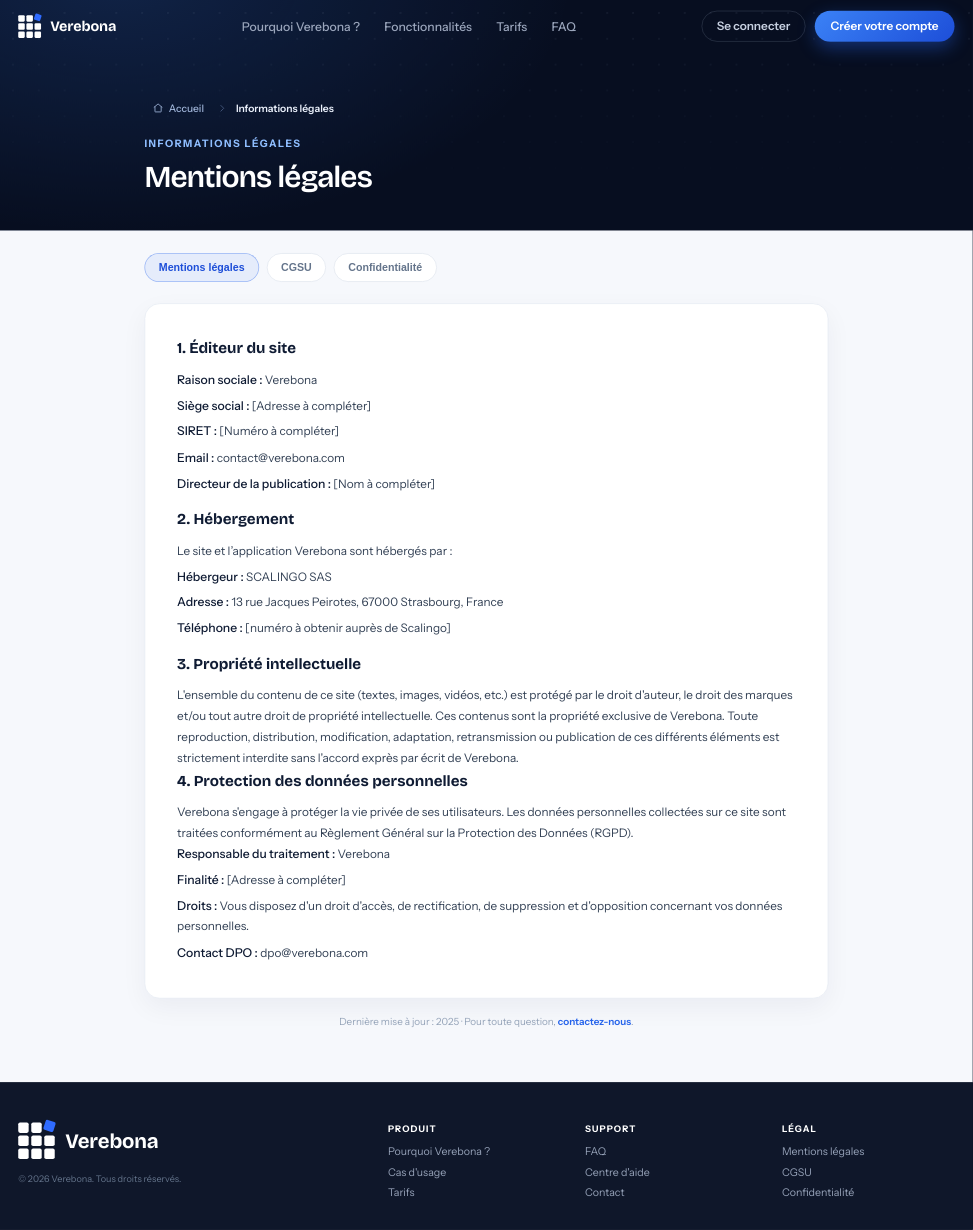
Repository: AdminVerebona/verebona-public
Page: /mentions-legales
An editor plug-in stored every save of this project. The page is shown before and after the next save, followed by the edit.
The browser window is 1280 px wide. The pictures show the whole page, at 76% of full size.
The project was rebuilt for these pictures with package versions that can differ from the ones it lists, and the page was loaded fresh each time. Also part of the build but not shown: next.config.mjs, vite.config.js, vite.config.ts, src/composables/useLanding.ts, src/sections/HeroSection.vue, src/sections/WhySection.vue, src/sections/UseCasesSection.vue, src/sections/FeaturesSection.vue and 6 more.

Above is the page before, as saved 2026-07-10 15:17:52.

### index.html
<!doctype html>
<html lang="fr">
  <head>
    <meta charset="UTF-8" />
    <meta name="viewport" content="width=device-width, initial-scale=1.0" />
    <title>Verebona — Centralisez, organisez, valorisez vos biens</title>
    <meta
      name="description"
      content="Verebona centralise vos biens, documents et échéances pour les retrouver facilement, anticiper les dates importantes et valoriser vos biens le moment venu."
    />
  </head>
  <body>
    <div id="app"></div>
    <script type="module" src="/src/main.ts"></script>
  </body>
</html>

### src/main.ts
import { createApp } from 'vue'
import App from './App.vue'
import router from './router'
import { vHover } from './directives/hover'
import './style.css'

createApp(App)
  .use(router)
  .directive('hover', vHover)
  .mount('#app')

### src/App.vue
<template>
  <div style="background:#070E20;color:#EAF0FB;overflow-x:hidden;min-height:100vh">
    <AppHeader />
    <router-view />
    <AppFooter />
  </div>
</template>

<script setup lang="ts">
import { onMounted, watch, nextTick } from 'vue'
import { useRoute } from 'vue-router'
import AppHeader from './components/AppHeader.vue'
import AppFooter from './components/AppFooter.vue'
import { useScrollReveal } from './composables/useScrollReveal'

const route = useRoute()
const { scan } = useScrollReveal()

onMounted(() => { scan() })

// Re-scan reveal targets whenever the route (page) changes.
watch(
  () => route.fullPath,
  () => { nextTick(() => setTimeout(scan, 60)) },
)
</script>

### src/router/index.ts
import { createRouter, createWebHistory } from 'vue-router'
import HomeView from '../views/HomeView.vue'

const routes = [
  { path: '/', name: 'home', component: HomeView },
  { path: '/aide', name: 'help', component: () => import('../views/HelpView.vue') },
  { path: '/contact', name: 'contact', component: () => import('../views/ContactView.vue') },
  { path: '/mentions-legales', name: 'legal-mentions', component: () => import('../views/LegalView.vue') },
  { path: '/cgu', name: 'legal-cgu', component: () => import('../views/LegalView.vue') },
  { path: '/confidentialite', name: 'legal-confid', component: () => import('../views/LegalView.vue') },
  { path: '/:pathMatch(.*)*', name: 'not-found', component: () => import('../views/NotFoundView.vue') },
]

const router = createRouter({
  history: createWebHistory(),
  routes,
  scrollBehavior(to) {
    if (to.hash) return { el: to.hash, behavior: 'smooth' }
    return { top: 0 }
  },
})

export default router

### src/directives/hover.ts
import type { Directive } from 'vue'

/**
 * v-hover — applies a set of inline styles while the pointer is over the
 * element, and restores the previous values on leave. Reproduces the
 * `style-hover` behaviour of the design prototype.
 *
 * Usage:  <a v-hover="{ color: '#fff', transform: 'translateY(-1px)' }">
 */
type HoverStyles = Record<string, string>

interface HoverEl extends HTMLElement {
  __hoverEnter?: () => void
  __hoverLeave?: () => void
}

export const vHover: Directive<HoverEl, HoverStyles> = {
  mounted(el, binding) {
    const styles = binding.value || {}
    const original: HoverStyles = {}

    const enter = () => {
      for (const key in styles) {
        original[key] = (el.style as any)[key]
        ;(el.style as any)[key] = styles[key]
      }
    }
    const leave = () => {
      for (const key in styles) {
        ;(el.style as any)[key] = original[key] || ''
      }
    }

    el.__hoverEnter = enter
    el.__hoverLeave = leave
    el.addEventListener('mouseenter', enter)
    el.addEventListener('mouseleave', leave)
  },
  unmounted(el) {
    if (el.__hoverEnter) el.removeEventListener('mouseenter', el.__hoverEnter)
    if (el.__hoverLeave) el.removeEventListener('mouseleave', el.__hoverLeave)
  },
}

### src/composables/useScrollReveal.ts
/**
 * Scroll-reveal: adds `.vb-in` to `.vb-reveal` / `.vb-rgroup` elements as they
 * enter the viewport (staggering the children of a group). Ported from the
 * prototype's IntersectionObserver logic. Honours prefers-reduced-motion and
 * has a safety timeout so content is never left hidden.
 */
let io: IntersectionObserver | null = null

const reduce =
  typeof window !== 'undefined' &&
  !!window.matchMedia &&
  window.matchMedia('(prefers-reduced-motion: reduce)').matches

if (!reduce && typeof document !== 'undefined') {
  document.documentElement.classList.add('vb-anim')
}

function revealAll() {
  document.querySelectorAll('.vb-reveal').forEach((e) => e.classList.add('vb-in'))
  document.querySelectorAll('.vb-rgroup > *').forEach((e) => e.classList.add('vb-in'))
}

function ensureObserver() {
  if (io || reduce || typeof window === 'undefined' || !('IntersectionObserver' in window)) return
  io = new IntersectionObserver(
    (entries) => {
      entries.forEach((entry) => {
        if (!entry.isIntersecting) return
        const el = entry.target as HTMLElement
        io!.unobserve(el)
        if (el.classList.contains('vb-rgroup')) {
          Array.from(el.children).forEach((c, i) => {
            ;(c as HTMLElement).style.transitionDelay = i * 90 + 'ms'
            c.classList.add('vb-in')
          })
        } else {
          el.classList.add('vb-in')
        }
      })
    },
    { threshold: 0.12, rootMargin: '0px 0px -8% 0px' },
  )
}

export function useScrollReveal() {
  function scan() {
    if (reduce || typeof window === 'undefined' || !('IntersectionObserver' in window)) {
      revealAll()
      return
    }
    ensureObserver()
    document.querySelectorAll('.vb-reveal, .vb-rgroup').forEach((el) => io!.observe(el))
    // Safety net: never leave content hidden.
    window.setTimeout(revealAll, 2200)
  }
  return { scan }
}

### src/views/LegalView.vue
<template>
<section style="position:relative;padding:128px 24px 48px;overflow:hidden;background:radial-gradient(1000px 560px at 12% -10%,rgba(59,130,246,.18),transparent 60%),#070E20">
  <div style="position:absolute;inset:0;background-image:radial-gradient(rgba(148,163,184,.09) 1px,transparent 1px);background-size:34px 34px;-webkit-mask-image:linear-gradient(to bottom,#000,transparent 85%);mask-image:linear-gradient(to bottom,#000,transparent 85%);pointer-events:none"></div>
  <div style="max-width:900px;margin:0 auto;position:relative">
    <nav aria-label="Fil d'Ariane" style="margin-bottom:24px"><ol style="display:flex;align-items:center;gap:6px;list-style:none;margin:0;padding:0;font-size:13.5px"><li style="display:flex;align-items:center"><a href="#" @click.prevent="goHome" style="display:inline-flex;align-items:center;gap:7px;color:#9FB4D8;font-weight:500;padding:6px 11px;border-radius:9px;cursor:pointer;transition:color .15s,background .15s" v-hover="{color:'#fff',background:'rgba(255,255,255,.06)'}"><svg width="14" height="14" viewBox="0 0 24 24" fill="none" stroke="currentColor" stroke-width="1.9" stroke-linecap="round" stroke-linejoin="round"><path d="M3 10.5 12 3l9 7.5"/><path d="M5 9.5V20a1 1 0 0 0 1 1h12a1 1 0 0 0 1-1V9.5"/></svg>Accueil</a></li><li aria-hidden="true" style="display:flex;color:#42557A"><svg width="15" height="15" viewBox="0 0 24 24" fill="none" stroke="currentColor" stroke-width="2" stroke-linecap="round" stroke-linejoin="round"><path d="M9 6l6 6-6 6"/></svg></li><li aria-current="page" style="color:#EAF0FB;font-weight:600;padding:6px 4px">{{ crumbLabel }}</li></ol></nav>
    <div style="font-size:13.5px;letter-spacing:.15em;text-transform:uppercase;font-weight:800;color:#8FBEFF;margin-bottom:16px">Informations légales</div>
    <h1 style="font-size:40px;line-height:1.08;font-weight:600;letter-spacing:-.025em;color:#fff">{{ legalTitle }}</h1>
  </div>
</section>
<section style="background:#F6F8FC;padding:30px 24px 72px">
  <div style="max-width:900px;margin:0 auto">
    <div style="display:flex;flex-wrap:wrap;gap:10px;margin-bottom:28px">
      <button type="button" :style="legalMentionsStyle" @click.prevent="goMentions">Mentions légales</button>
      <button type="button" :style="legalCGUStyle" @click.prevent="goCGU">CGSU</button>
      <button type="button" :style="legalConfidStyle" @click.prevent="goConfid">Confidentialité</button>
    </div>
    <div style="background:#fff;border:1px solid #E6EBF3;border-radius:20px;padding:40px 42px;box-shadow:0 12px 34px rgba(15,27,51,.05)">
      <template v-if="isMentions">
        <div style="font-size:15.5px;line-height:1.75;color:#334155">
          <h2 style="font-size:20px;font-weight:700;color:#0F1B33;font-family:'Bricolage Grotesque',sans-serif;margin:0 0 10px">1. Éditeur du site</h2>
          <p style="margin:0 0 6px"><span style="font-size:16px;font-weight:500;color:#0F1B33">Raison sociale :</span> Verebona</p>
          <p style="margin:0 0 6px"><span style="font-size:16px;font-weight:500;color:#0F1B33">Siège social :</span> [Adresse à compléter]</p>
          <p style="margin:0 0 6px"><span style="font-size:16px;font-weight:500;color:#0F1B33">SIRET :</span> [Numéro à compléter]</p>
          <p style="margin:0 0 6px"><span style="font-size:16px;font-weight:500;color:#0F1B33">Email :</span> contact@verebona.com</p>
          <p style="margin:0 0 16px"><span style="font-size:16px;font-weight:500;color:#0F1B33">Directeur de la publication :</span> [Nom à compléter]</p>
          <h2 style="font-size:20px;font-weight:700;color:#0F1B33;font-family:'Bricolage Grotesque',sans-serif;margin:0 0 10px">2. Hébergement</h2>
          <p style="margin:0 0 6px">Le site et l’application Verebona sont hébergés par : </p>
          <p style="margin:0 0 6px"><span style="font-size:16px;font-weight:500;color:#0F1B33">Hébergeur :</span> SCALINGO SAS</p>
          <p style="margin:0 0 6px"><span style="font-size:16px;font-weight:500;color:#0F1B33">Adresse :</span> 13 rue Jacques Peirotes, 67000 Strasbourg, France</p>
          <p style="margin:0 0 16px"><span style="font-size:16px;font-weight:500;color:#0F1B33">Téléphone :</span> [numéro à obtenir auprès de Scalingo]</p>
          <h2 style="font-size:20px;font-weight:700;color:#0F1B33;font-family:'Bricolage Grotesque',sans-serif;margin:0 0 10px">3. Propriété intellectuelle</h2>
          <p style="margin:0">L'ensemble du contenu de ce site (textes, images, vidéos, etc.) est protégé par le droit d'auteur, le droit des marques et/ou tout autre droit de propriété intellectuelle. Ces contenus sont la propriété exclusive de Verebona. Toute reproduction, distribution, modification, adaptation, retransmission ou publication de ces différents éléments est strictement interdite sans l'accord exprès par écrit de Verebona.</p>
          <h2 style="font-size:20px;font-weight:700;color:#0F1B33;font-family:'Bricolage Grotesque',sans-serif;margin:0 0 10px">4. Protection des données personnelles</h2>
          <p style="margin:0">Verebona s'engage à protéger la vie privée de ses utilisateurs. Les données personnelles collectées sur ce site sont traitées conformément au Règlement Général sur la Protection des Données (RGPD).</p>
          <p style="margin:0 0 6px"><span style="font-size:16px;font-weight:500;color:#0F1B33">Responsable du traitement :</span> Verebona</p>
          <p style="margin:0 0 6px"><span style="font-size:16px;font-weight:500;color:#0F1B33">Finalité  :</span> [Adresse à compléter]</p>
          <p style="margin:0 0 6px"><span style="font-size:16px;font-weight:500;color:#0F1B33">Droits  :</span> Vous disposez d'un droit d'accès, de rectification, de suppression et d'opposition concernant vos données personnelles.</p>
          <p style="margin:0 0 6px"><span style="font-size:16px;font-weight:500;color:#0F1B33">Contact DPO :</span> dpo@verebona.com</p>
        </div>
      </template>
      <template v-if="isCGU">
        <div style="font-size:15.5px;line-height:1.75;color:#334155">
          <h2 style="font-size:20px;font-weight:700;color:#0F1B33;font-family:'Bricolage Grotesque',sans-serif;margin:0 0 10px">1. Objet</h2>
          <p style="margin:0 0 22px">Les présentes conditions générales de service et d'utilisation (CGSU) définissent les modalités d'accès et d'utilisation de la plateforme Verebona, service de centralisation et d'organisation documentaire du patrimoine.</p>
          <h2 style="font-size:20px;font-weight:700;color:#0F1B33;font-family:'Bricolage Grotesque',sans-serif;margin:0 0 10px">2. Compte et abonnement</h2>
          <p style="margin:0 0 22px">L'accès au service nécessite la création d'un compte et la souscription d'une offre. L'utilisateur s'engage à fournir des informations exactes et à préserver la confidentialité de ses identifiants.</p>
          <h2 style="font-size:20px;font-weight:700;color:#0F1B33;font-family:'Bricolage Grotesque',sans-serif;margin:0 0 10px">3. Nature du service</h2>
          <p style="margin:0 0 22px">Verebona est une plateforme d'organisation. Les documents importés ne sont ni certifiés, ni validés, ni garantis juridiquement. L'utilisateur reste seul responsable de l'exactitude des informations qu'il enregistre.</p>
          <h2 style="font-size:20px;font-weight:700;color:#0F1B33;font-family:'Bricolage Grotesque',sans-serif;margin:0 0 10px">4. Responsabilités</h2>
          <p style="margin:0 0 22px">Verebona met en œuvre les moyens raisonnables pour assurer la disponibilité et la sécurité du service, sans obligation de résultat concernant une disponibilité ininterrompue.</p>
          <h2 style="font-size:20px;font-weight:700;color:#0F1B33;font-family:'Bricolage Grotesque',sans-serif;margin:0 0 10px">5. Résiliation</h2>
          <p style="margin:0">L'utilisateur peut résilier son abonnement à tout moment. Des modalités de récupération des données sont prévues afin d'éviter tout verrouillage à la fin du contrat.</p>
        </div>
      </template>
      <template v-if="isConfid">
        <div style="font-size:15.5px;line-height:1.75;color:#334155">
          <h2 style="font-size:20px;font-weight:700;color:#0F1B33;font-family:'Bricolage Grotesque',sans-serif;margin:0 0 10px">Données collectées</h2>
          <p style="margin:0 0 22px">Verebona collecte les données nécessaires au fonctionnement du service : informations de compte, contenus importés (fiches de biens, documents) et données d'usage strictement utiles à l'amélioration du service.</p>
          <h2 style="font-size:20px;font-weight:700;color:#0F1B33;font-family:'Bricolage Grotesque',sans-serif;margin:0 0 10px">Finalités</h2>
          <p style="margin:0 0 22px">Les données sont traitées pour fournir le service, assurer la sécurité, et répondre aux obligations légales. Elles ne sont jamais cédées à des tiers à des fins commerciales.</p>
          <h2 style="font-size:20px;font-weight:700;color:#0F1B33;font-family:'Bricolage Grotesque',sans-serif;margin:0 0 10px">Sécurité</h2>
          <p style="margin:0 0 22px">Vos données sont chiffrées lors du stockage et des échanges, et hébergées sur une infrastructure sécurisée au sein de l'Union européenne.</p>
          <h2 style="font-size:20px;font-weight:700;color:#0F1B33;font-family:'Bricolage Grotesque',sans-serif;margin:0 0 10px">Vos droits</h2>
          <p style="margin:0">Conformément au RGPD, vous disposez d'un droit d'accès, de rectification, de portabilité et de suppression de vos données. Pour exercer ces droits, écrivez à contact@verebona.com.</p>
        </div>
      </template>
    </div>
    <p style="font-size:13px;color:#94A3B8;margin-top:22px;text-align:center">Dernière mise à jour : 2025 · Pour toute question, <a href="#" @click.prevent="goContact" style="color:#2563EB;font-weight:600">contactez-nous</a>.</p>
  </div>
</section>
</template>

<script setup lang="ts">
import { useLegal } from '../composables/useLegal'
import { useNav } from '../composables/useNav'
const { isMentions, isCGU, isConfid, legalTitle, legalMentionsStyle, legalCGUStyle, legalConfidStyle, crumbLabel } = useLegal()
const { goHome, goContact, goMentions, goCGU, goConfid } = useNav()
</script>

### src/composables/useNav.ts
import { ref, computed, nextTick } from 'vue'
import { useRouter, useRoute } from 'vue-router'

// Shared across header + footer + mobile menu.
const menuOpen = ref(false)

/**
 * useNav — header/footer navigation. Page links use vue-router; the four
 * in-page section links (Pourquoi / Fonctionnalités / Tarifs / FAQ) route to
 * home first if needed, then smooth-scroll to the anchor.
 */
export function useNav() {
  const router = useRouter()
  const route = useRoute()

  const toggleMenu = () => { menuOpen.value = !menuOpen.value }
  const closeMenu = () => { menuOpen.value = false }

  function scrollToId(id: string) {
    const el = document.getElementById(id)
    if (el && el.scrollIntoView) {
      try { el.scrollIntoView({ behavior: 'smooth', block: 'start' }) } catch { /* noop */ }
    }
  }
  function goToAnchor(id: string) {
    closeMenu()
    if (route.path !== '/') {
      router.push('/').then(() => nextTick(() => setTimeout(() => scrollToId(id), 80)))
    } else {
      scrollToId(id)
    }
  }

  const goHome = () => { closeMenu(); router.push('/') }
  const goAide = () => { closeMenu(); router.push('/aide') }
  const goContact = () => { closeMenu(); router.push('/contact') }
  const goMentions = () => { closeMenu(); router.push('/mentions-legales') }
  const goCGU = () => { closeMenu(); router.push('/cgu') }
  const goConfid = () => { closeMenu(); router.push('/confidentialite') }

  const navPourquoi = () => goToAnchor('pourquoi')
  const navFeatures = () => goToAnchor('features')
  const navPricing = () => goToAnchor('pricing')
  const navFaq = () => goToAnchor('faq')
  const navCasUsage = () => goToAnchor('cas-usage')

  const burgerBase = 'display:block;width:20px;height:2px;border-radius:2px;background:#fff;transition:transform .25s,opacity .25s;'
  const burgerTop = computed(() => burgerBase + 'transform:' + (menuOpen.value ? 'translateY(6px) rotate(45deg)' : 'none'))
  const burgerMid = computed(() => burgerBase + 'opacity:' + (menuOpen.value ? '0' : '1'))
  const burgerBot = computed(() => burgerBase + 'transform:' + (menuOpen.value ? 'translateY(-6px) rotate(-45deg)' : 'none'))

  return {
    menuOpen, toggleMenu, closeMenu,
    goHome, goAide, goContact, goMentions, goCGU, goConfid,
    navPourquoi, navFeatures, navPricing, navFaq, navCasUsage,
    burgerTop, burgerMid, burgerBot,
  }
}

### src/composables/useLegal.ts
import { computed } from 'vue'
import { useRoute } from 'vue-router'

/**
 * Legal page — a single view with three tabs (mentions / cgu / confid),
 * each mapped to its own route so they are independently linkable & indexable:
 *   /mentions-legales   /cgu   /confidentialite
 */
export function useLegal() {
  const route = useRoute()

  const tab = computed<'mentions' | 'cgu' | 'confid'>(() => {
    if (route.path.includes('cgu')) return 'cgu'
    if (route.path.includes('confidentialite')) return 'confid'
    return 'mentions'
  })

  const isMentions = computed(() => tab.value === 'mentions')
  const isCGU = computed(() => tab.value === 'cgu')
  const isConfid = computed(() => tab.value === 'confid')

  const legalTitle = computed(() =>
    tab.value === 'cgu'
      ? "Conditions générales de service et d'utilisation"
      : tab.value === 'confid'
        ? 'Politique de confidentialité'
        : 'Mentions légales',
  )

  const tabStyle = (a: boolean) =>
    `padding:10px 18px;border-radius:999px;font-size:14px;font-weight:600;cursor:pointer;border:1px solid ${a ? 'rgba(37,99,235,.4)' : '#E2E8F0'};background:${a ? 'rgba(37,99,235,.08)' : '#fff'};color:${a ? '#1D4ED8' : '#64748B'};transition:all .15s`

  const legalMentionsStyle = computed(() => tabStyle(isMentions.value))
  const legalCGUStyle = computed(() => tabStyle(isCGU.value))
  const legalConfidStyle = computed(() => tabStyle(isConfid.value))

  return {
    isMentions, isCGU, isConfid, legalTitle,
    legalMentionsStyle, legalCGUStyle, legalConfidStyle,
    crumbLabel: 'Informations légales',
  }
}

Loaded but not shown: src/components/AppHeader.vue (68 lines, source omitted); src/components/AppFooter.vue (21 lines, source omitted); src/style.css (59 lines, source omitted)

After the next save:
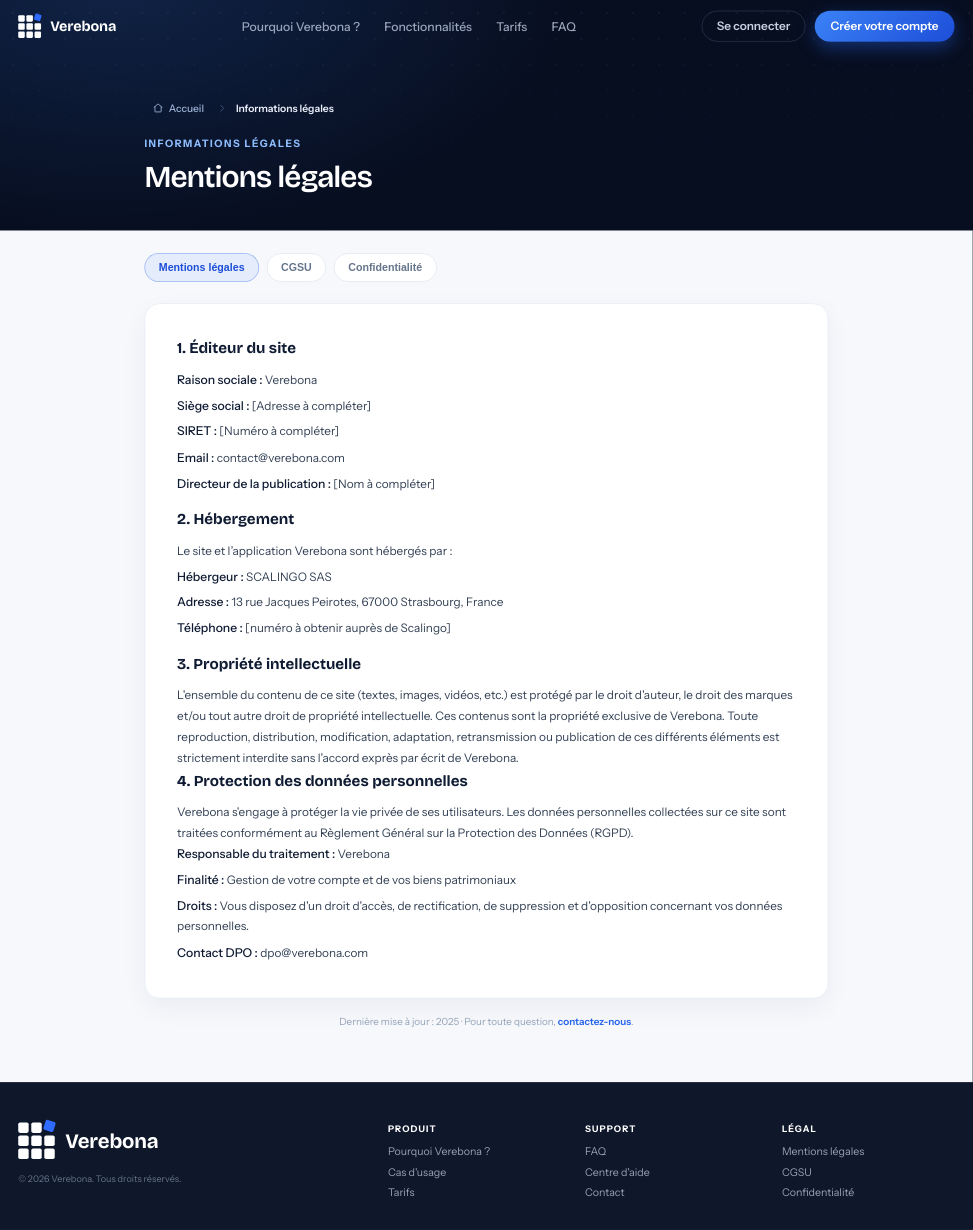
Saved 5 s later.
--- a/src/views/LegalView.vue
+++ b/src/views/LegalView.vue
@@ -33,7 +33,7 @@
           <h2 style="font-size:20px;font-weight:700;color:#0F1B33;font-family:'Bricolage Grotesque',sans-serif;margin:0 0 10px">4. Protection des données personnelles</h2>
           <p style="margin:0">Verebona s'engage à protéger la vie privée de ses utilisateurs. Les données personnelles collectées sur ce site sont traitées conformément au Règlement Général sur la Protection des Données (RGPD).</p>
           <p style="margin:0 0 6px"><span style="font-size:16px;font-weight:500;color:#0F1B33">Responsable du traitement :</span> Verebona</p>
-          <p style="margin:0 0 6px"><span style="font-size:16px;font-weight:500;color:#0F1B33">Finalité  :</span> [Adresse à compléter]</p>
+          <p style="margin:0 0 6px"><span style="font-size:16px;font-weight:500;color:#0F1B33">Finalité  :</span> Gestion de votre compte et de vos biens patrimoniaux</p>
           <p style="margin:0 0 6px"><span style="font-size:16px;font-weight:500;color:#0F1B33">Droits  :</span> Vous disposez d'un droit d'accès, de rectification, de suppression et d'opposition concernant vos données personnelles.</p>
           <p style="margin:0 0 6px"><span style="font-size:16px;font-weight:500;color:#0F1B33">Contact DPO :</span> dpo@verebona.com</p>
         </div>
